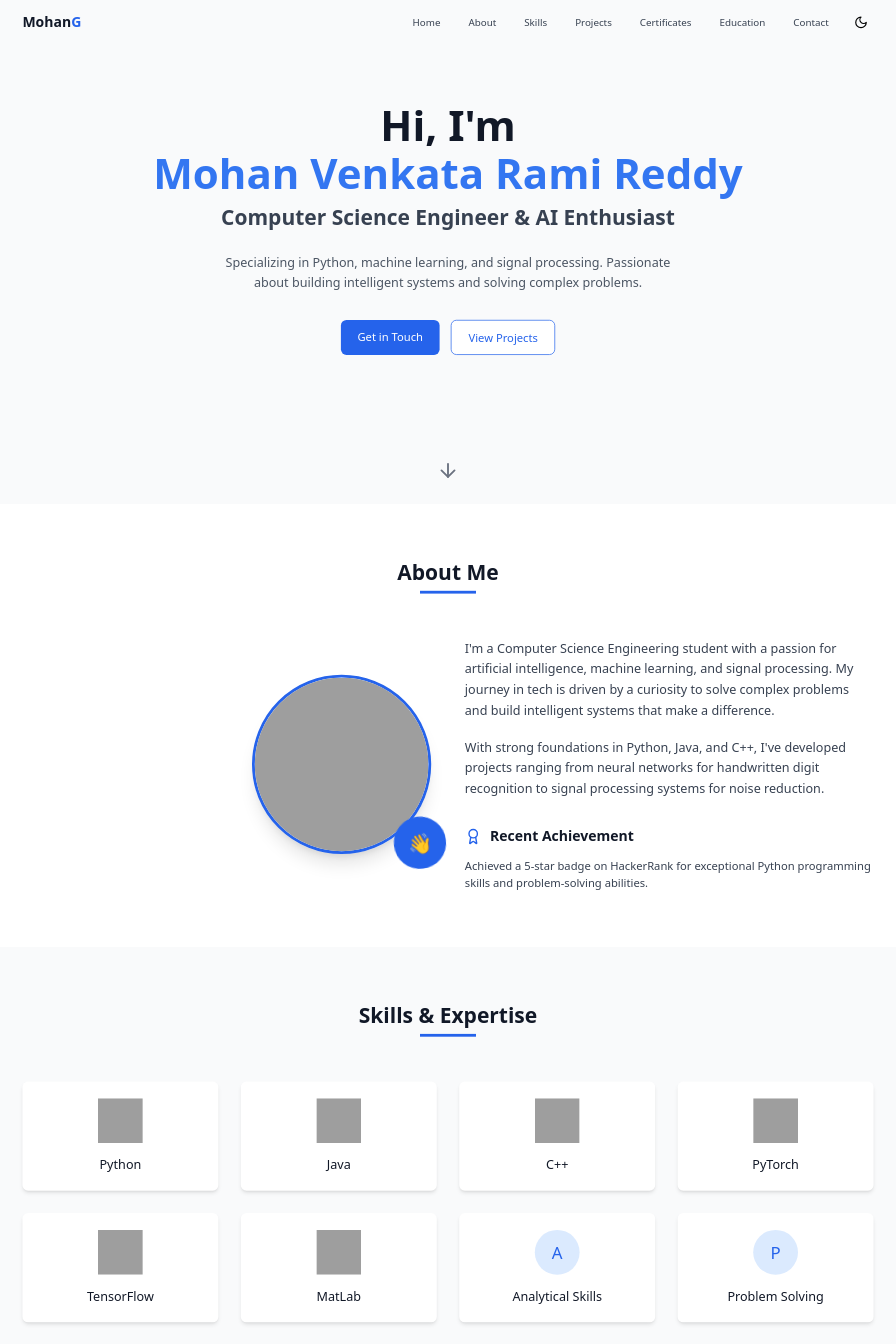
Repository: Mohan2347/updated-portfolio
Page: /
An editor plug-in stored every save of this project. The page is shown before and after a run of saves, followed by the edit.
The browser window is 1280 px wide. The pictures show the part of the page from y = 0 to 1920 px (the page is 5902 px tall), at 70% of full size.
Pictures or frames that could not be fetched are drawn as grey boxes. The project was rebuilt for these pictures with package versions that can differ from the ones it lists, and the page was loaded fresh each time. Also part of the build but not shown: vite.config.ts.

Above is the page before, as saved 2025-04-27 15:36:27.

After the next 2 saves:
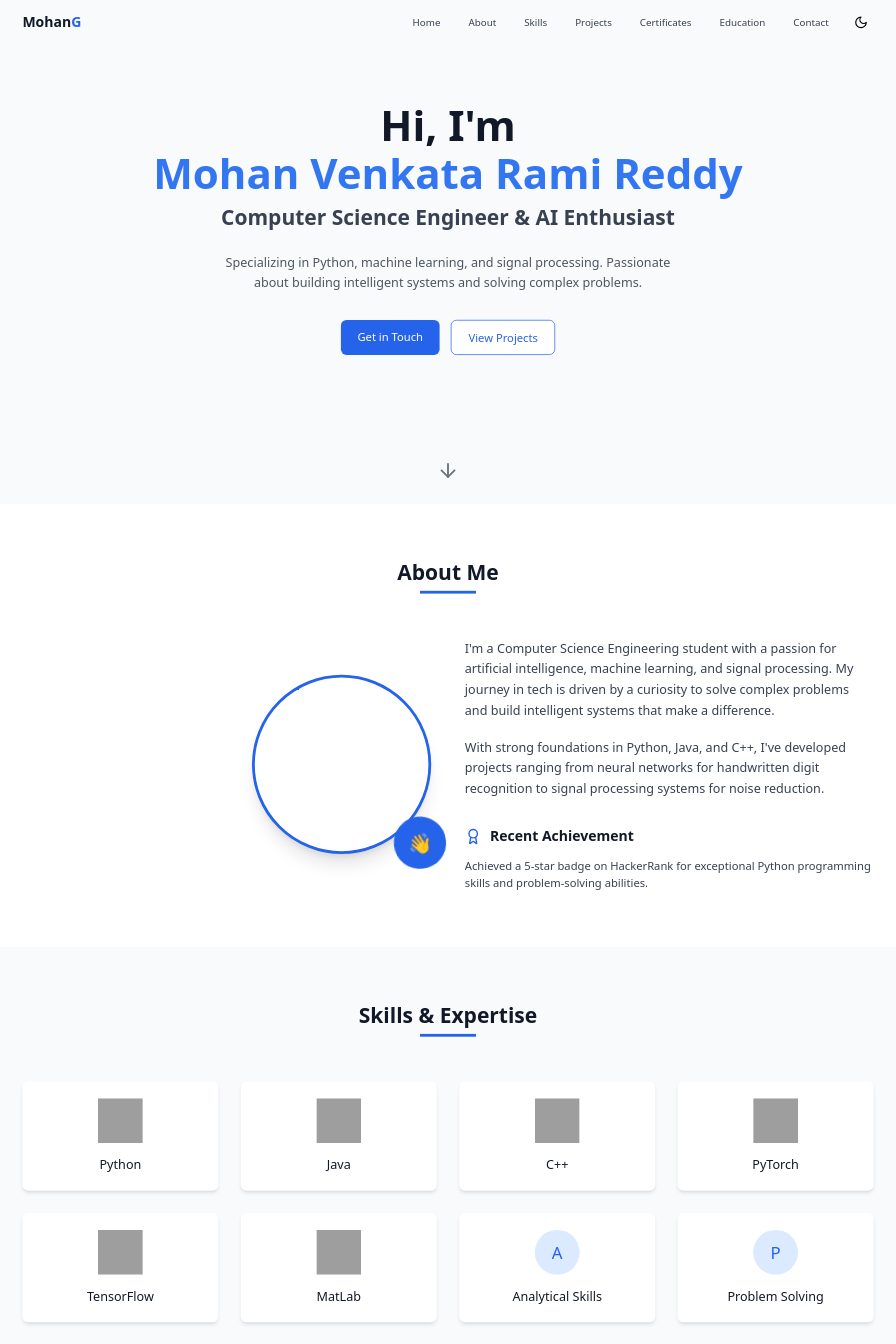
The 2 saves are shown as one change because they came seconds apart.
The last was saved 8 s later.
--- a/src/components/About.tsx
+++ b/src/components/About.tsx
@@ -24,7 +24,7 @@ const About: React.FC = () => {
           >
             <div className="w-64 h-64 mx-auto md:mx-0 md:ml-auto rounded-full overflow-hidden border-4 border-blue-600 shadow-xl">
               <motion.img
-                src={contact.photo}
+                src={img1}
                 alt="Profile"
                 className="w-full h-full object-cover"
                 whileHover={{ scale: 1.1 }}
